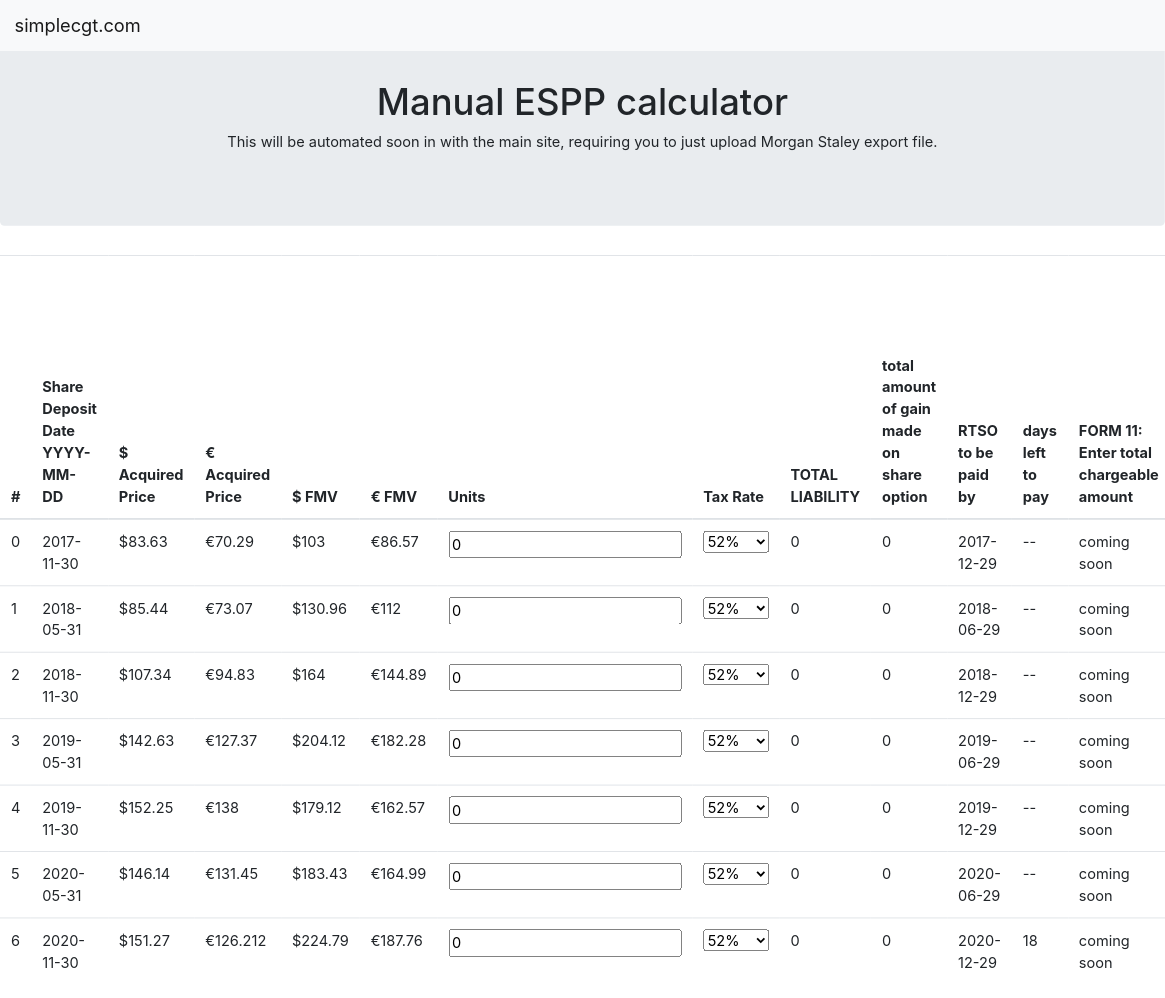
Repository: eoinpayne/react-problem
Page: /
The author's editor kept a copy of each file at every save. The page is drawn from the files as they stood at one save, then again after the next save.
The browser window is 1280 px wide. The pictures show the whole page, at 91% of full size.
The project was rebuilt for these pictures with package versions that can differ from the ones it lists, and the page was loaded fresh each time. Also part of the build but not shown: src/App.css, src/components/MyLogin2.js, src/components/MyHeader.js.

Above is the page before, as saved 2020-12-12 17:37:17.

### src/index.js
import React from 'react';
import ReactDOM from 'react-dom';
import './index.css';
import App from './App';
import * as serviceWorker from './serviceWorker';

import { render } from "react-dom";
import { Provider } from "react-redux";
import store from "./js/store/index";
// import App from "./js/components/App";

ReactDOM.render(
  <Provider store = {store}>
  {/* <React.StrictMode> */}
    <App />
  {/* </React.StrictMode>, */}
  </Provider>,
  document.getElementById('root')
);

// If you want your app to work offline and load faster, you can change
// unregister() to register() below. Note this comes with some pitfalls.
// Learn more about service workers: https://bit.ly/CRA-PWA
serviceWorker.unregister();

### src/App.js
import React from 'react';
import logo from './logo.svg';
import './App.css';
import MyHeader from './components/MyHeader';
import MyHeaderBare from './components/MyHeaderBare';
import ESPPTable from './components/ESPPTable';
import ESPPTable2 from './components/ESPPTable2';
import {useSelector} from 'react-redux'


function App() {
  // const esppRowData = useSelector((state) => state.esppRowData)

  return (
    <React.Fragment>
      {/* <MyHeader /> */}
      <MyHeaderBare />
      {/* <br></br> */}
      {/* <br></br> */}

      <br></br>
      {/* <ESPPTable2 esppData = {esppRowData}/> */}
      <ESPPTable/>
      {/* <ESPPTable2 /> */}
    </React.Fragment>
    // <div className="App">
    //   <header className="App-header">
    //     <img src={logo} className="App-logo" alt="logo" />
    //     <p>
    //       Edit <code>src/App.js</code> and save to reload.
    //     </p>
    //     <a
    //       className="App-link"
    //       href="https://reactjs.org"
    //       target="_blank"
    //       rel="noopener noreferrer"
    //     >
    //       Learn React
    //     </a>
    //   </header>
    // </div>
  );
}

export default App;

### src/js/store/index.js
import {createStore} from "redux";
import rootReducer from "../reducers/";
// import rootReducer from "../reducers";

const store = createStore(rootReducer, window.__REDUX_DEVTOOLS_EXTENSION__ && window.__REDUX_DEVTOOLS_EXTENSION__());   //may also pass initial state, useful for server side rendering & state preloading..
//->The state in Redux comes from reducers.
// store.subscribe(()=> console.log(store.getState()))



export default store;

### src/components/MyHeaderBare.js
import React from 'react';
import Navbar from 'react-bootstrap/Navbar';
import 'bootstrap/dist/css/bootstrap.min.css';

export default function MyHeaderBare() {
    return (
        <Navbar bg="light" variant="light" fixed="top" id="myHeader" expand="lg">
            <Navbar.Brand style={{"margin-right":"3rem"}}href="https://simplecgt.com">simplecgt.com</Navbar.Brand>
            <Navbar.Toggle aria-controls="basic-navbar-nav" />
        </Navbar>
    );
}


// //works
//  export default function MyHeader() {
//     return(<div id='myHeader'> sup </div>);
// }


// const MyHeader = () =>  {
//     return(<div id='myHeader'> sup </div>);
// }

// export default MyHeader



// // src/id.js

// import React from 'react'

// function Title() {
//     return (
//         <div>
//             <h1>SFPOPOS</h1>
//         </div>
//     )
// }

### src/components/ESPPTable.js
import React, {useState, useRef, Fragment} from 'react';
import EsppDepositRow from './EsppDepositRow';
import Table from 'react-bootstrap/Table';
import Jumbotron from 'react-bootstrap/Jumbotron';

//WD specific and maintained.
//rows starting from 2018?  **component
//2 rows per year    **component

//date   //sale price$  //sale price€
//

//Share Deposit Dates       //Days until SDD
//!! Acquired Price $   !! Acquired Price €
//!! FMV Fair Market Value  $  /FMV €
//!! Units
//!! Tax Rate    46% | 48.5 | 52%"  drop down... conditionally select from income
//"ON RTSO1 form ""TOTAL LIABILITY"" RTSO to be paid withing 30 days of Vesting"
//ON RTSO1 form "total amount of gain made on share option"
//RTSO to be paid by   //days left to pay

//FORM 11
//Enter total chargeable amount
//Enter the amount of Relevant Tax on a Share Option (RTSO) paid

//income
//Gross Salary as of Share Deposit Date (ESPP end Period)
//Total Gross Shares
//{Gross Income}

export default function EsppTable() {
  const esppDetails = [
    {
      date: "2017-11-30",
      acquiredPriceUSD: 83.63,
      acquiredPriceEUR: 70.29,
      fmvUSD: 103,
      fmvEUR: 86.57,
    },
    {
      date: "2018-05-31",
      acquiredPriceUSD: 85.44,
      acquiredPriceEUR: 73.07,
      fmvUSD: 130.96,
      fmvEUR: 112,
    },
    {
      date: "2018-11-30",
      acquiredPriceUSD: 107.34,
      acquiredPriceEUR: 94.83,
      fmvUSD: 164,
      fmvEUR: 144.89,
    },
    {
      date: "2019-05-31",
      acquiredPriceUSD: 142.63,
      acquiredPriceEUR: 127.37,
      fmvUSD: 204.12,
      fmvEUR: 182.28,
      units: 10,
    },
    {
      date: "2019-11-30",
      acquiredPriceUSD: 152.25,
      acquiredPriceEUR: 138,
      fmvUSD: 179.12,
      fmvEUR: 162.57,
      units: 10,
    },
    {
      date: "2020-05-31",
      acquiredPriceUSD: 146.14,
      acquiredPriceEUR: 131.45,
      fmvUSD: 183.43,
      fmvEUR: 164.99,
      units: 10,
    },
    {
      date: "2020-11-30",
      acquiredPriceUSD: 151.27,
      acquiredPriceEUR: 126.212,
      fmvUSD: 224.79,
      fmvEUR: 187.76,
      units: 10,
    },
  ];

  const headers = [
    "Share Deposit Date YYYY-MM-DD",
    "$ Acquired Price",
    "€ Acquired Price",
    "$ FMV",
    "€ FMV",
    "Units",
    "Tax Rate",
    "TOTAL LIABILITY",
    "total amount of gain made on share option",
    "RTSO to be paid by",
    "days left to pay",
    "FORM 11: Enter total chargeable amount",
    "FORM 11: Enter the amount of Relevant Tax on a Share Option (RTSO) paid",
  ];

  const TaxRateSelect = function () {
    return (
      <select name="taxRate" id="taxRate">
        <option value="52">52%</option>
        <option value="48.5">48.5%</option>
        <option value="46">46%</option>
      </select>
    );
  };

  // const [myState, setMystate] = useState([])
  const myRef = useRef([]);
  console.log("&&&&&&&&&&&&&&&&&&&&&&&&      (*(*(*(*(    myRef");
  console.log(myRef);
  // [{id:1, value : 600}, {id:2, value: 100}, {id:3, value : 600}]

  const updateOuterState = (index, totalLiability) => {
    let myObj = [...myRef.current];
    // myobj = [{id:1, value : 600}, {id:2, value: 100}, {id:3, value : 600}]

    const row = myObj.find((currObj) => currObj.id === index);
    // const row = myObj.get(index);
    if (row) {
      row.totalLiability = totalLiability;
      console.log(` updated row baby = ${JSON.stringify(row)}`);
      console.log(` after baby -> myObj`);
      console.dir(myObj);
    } else {
      myObj.push({ id: index, totalLiability: totalLiability });
      //   console.log(` with new obj baby = ${JSON.stringify(myObj)}`)
      console.log(` else Obj new concat`);
      console.dir(myObj);
      // [{id:1, value : 600}, {id:2, value: 100}, {id:3, value : 600}, {}]
    }
    myRef.current = myObj;
    //[{id:1, value : 600}, {id:2, value: 100}, {id:3, value : 600}]
    // setMystate(myObj)
    return myObj;
  };

  // ()=>setCount(currentCount=> currentCount+1)

  // const rowby = esppDetails.map((row, index) => (
  //     <tr>
  //         <td>{index}</td>
  //         <td>{row.date}</td>
  //         <td>{row.acquiredPriceUSD}</td>
  //         <td>{row.acquiredPriceEUR}</td>
  //         <td>{row.fmvUSD}</td>
  //         <td>{row.fmvEUR}</td>
  //         <td>{row.units}</td>
  //         <TaxRateSelect/>
  //         {/* <td>{((row.fmvEUR-row.acquiredPriceEUR)*tax rate)*row.units)}</td> */}

  //     </tr>
  // ))

  return (
    <Fragment>
      <Jumbotron>
        <h1 style={{textAlign: "center"}}>Manual ESPP calculator</h1>
        <p style={{textAlign: "center"}}>
        This will be automated soon in with the main site, requiring you to just upload Morgan Staley export file.
        </p>
        {/* <p> */}
          {/* <Button variant="primary">Go to CGT dashboard</Button> */}
        {/* </p> */}
      </Jumbotron>
      <Table responsive>
        <thead>
          <tr>
            <th>#</th>
            {headers.map((heading, index) => (
              <th key={index}>{heading}</th>
            ))}
          </tr>
        </thead>
        <tbody>
          {esppDetails.map((row, index) => (
            // <EsppDepositRow row={row} index={index} updateOuterState = {updateOuterState} />
            <EsppDepositRow
              row={row}
              index={index}
              updateOuterState={updateOuterState}
              myStateRef={myRef}
            />
            // <EsppDepositRow row={row} index={index}/>
          ))}

          {/* {myRef[0]} */}

          {/* {rowby} */}
        </tbody>
      </Table>
    </Fragment>
  );
}

### src/js/reducers/index.js
// import {ADD_ARTICLE, UPDATE_UNITS} from "../constants/action-types.js"
import { ADD_ARTICLE, UPDATE_UNITS } from "../constants/action-types";


const initialState = {
    esppRowData:
  [
    { id: 0, date: "2017-11-30", acquiredPriceUSD: 83.63, acquiredPriceEUR: 70.29,     fmvUSD: 103,    fmvEUR: 86.57 },
    { id: 1, date: "2018-05-31", acquiredPriceUSD: 85.44, acquiredPriceEUR: 73.07,     fmvUSD: 130.96, fmvEUR: 112 },
    { id: 2, date: "2018-11-30", acquiredPriceUSD: 107.34, acquiredPriceEUR: 94.83,    fmvUSD: 164,    fmvEUR: 144.89 },
    { id: 3, date: "2019-05-31", acquiredPriceUSD: 142.63, acquiredPriceEUR: 127.37,   fmvUSD: 204.12, fmvEUR: 182.28, units: 10 },
    { id: 4, date: "2019-11-30", acquiredPriceUSD: 152.25, acquiredPriceEUR: 138.,     fmvUSD: 179.12, fmvEUR: 162.57, units: 10 },
    { id: 5, date: "2020-05-31", acquiredPriceUSD: 146.14, acquiredPriceEUR: 131.45,   fmvUSD: 183.43, fmvEUR: 164.99, units: 10 },
    { id: 6, date: "2020-11-30", acquiredPriceUSD: 999,      acquiredPriceEUR: 999,        fmvUSD: 0,      fmvEUR: 0,      units: 99 }
]
};

//use concat, slice, or the spread operator for arrays
//use Object.assign or object spread of objects

function rootReducer(state = initialState, action) {
  if (action.type === ADD_ARTICLE) {
      return Object.assign({}, state, {
          articles: state.articles.concat(action.payload)
      })
  }
  if (action.type === UPDATE_UNITS) {
    return Object.assign({}, state, {
        esppRowData: state.esppRowData.concat(action.payload)
    })
}
  return state;
}


// const rootReducer = (state = initialState, action) => {
//     switch(action.type){
//         case ADD_ARTICLE: return (
//             Object.assign({}, state, {
//                 articles: state.articles.concat(action.payload)
//             })
//         )
//         case UPDATE_UNITS: return
//         default: return state

//     }//switch
//   }

export default rootReducer;

### src/js/constants/action-types.js
export const ADD_ARTICLE = "ADD_ARTICLE";
export const UPDATE_UNITS = "UPDATE_UNITS";

### src/components/ESPPTable2.js
import React, {useState, useRef} from 'react';
import EsppDepositRow2 from './EsppDepositRow2';
import Table from 'react-bootstrap/Table';
import {connect, useSelector} from 'react-redux'

// const ESPPState = useSelector(state.esppRowData);


// const mapStateToProps = state => {
//     return { esppRowData: state.esppRowData };
//   };




// const EsppList = connect(mapStateToProps)(ConnectedEsppDepositRow);


export default function EsppTable2() {

    const headers = ["Share Deposit Date YYYY-MM-DD", "$ Acquired Price", "€ Acquired Price", "$ FMV", "€ FMV", "Units", "Tax Rate",
        "TOTAL LIABILITY", "total amount of gain made on share option", "RTSO to be paid by", "days left to pay",
        "FORM 11: Enter total chargeable amount", "FORM 11: Enter the amount of Relevant Tax on a Share Option (RTSO) paid"]


    const TaxRateSelect = function(){
        return(
            <select name="taxRate" id="taxRate">
            <option value="52">52%</option>
            <option value="48.5">48.5%</option>
            <option value="46">46%</option>
        </select>
        )}

        const esppRowData = useSelector((state) => state.esppRowData)

        const connectedEsppDepositRow = () => {
            console.log("^&^&^&^&^&")
            console.log(esppRowData)
            console.log("^&^&^&^&^& fin fin ")

            esppRowData && esppRowData.map((row) => {
                return(  //TODO: remove index setting here and do it in esppDepostRow directly from row.id Prop?
                <EsppDepositRow2 row={row} index={row.id}/>
                )
                }


    )} //map //connected

    return (
        <Table responsive>
            <thead>
                <tr>
                    <th>#</th>
                    {headers.map((heading, index) => (
                        <th key={index}>{heading}</th>
                    ))}
                </tr>
            </thead>
            <tbody>
                {/* <EsppList/> */}
                {/* {connectedEsppDepositRow()} */}
                {esppRowData && esppRowData.map((row, index) => (
                    // <EsppDepositRow row={row} index={index} updateOuterState = {updateOuterState} />
                    <EsppDepositRow2 row={row} index={index}/>
                    // <EsppDepositRow row={row} index={index}/>
                ))}
            </tbody>
        </Table>)
}

### src/components/EsppDepositRow2.js
import React, { useState, useEffect, useRef } from 'react';
import moment from 'moment'
import {connect} from 'react-redux'


export default function EsppDepositRow2(props) {

    const [units, setUnits] = useState(0);
    const [taxRate, setTaxRate] = useState(52);
    const [totalChargeableAmount, setTotalChargeableAmount] = useState(0);
    const [totalLiab, setTotalLiab] = useState(0);

    const handleUnitsChange = (event) => (
        setUnits(event.target.value) //no ()=> as not working with previou value, just replacing with new value
    )
    const handleTaxRateChange = (event) => (
        setTaxRate(event.target.value)
    )

    // const updateTotalLiab =  useEffect(() => {
    //     setTotalLiab(   ( (props.row.fmvEUR - props.row.acquiredPriceEUR) * (taxRate / 100)) * units  )
    //     },[units, taxRate]);


        // const updateTotalChargeable =  useEffect(() => {
        //     console.log("ref returned")
        //     const theRefReturned = props.updateOuterState(props.index, totalLiab)
        //     console.log("ref returned eND")
        //     console.log("propalopadoo -7087089-798")
        //     // console.dir(props.myStateRef.current.find((currObj) => currObj.id === props.index-1))
        //     console.dir(theRefReturned[0].totalLiability)
        //     console.log("propalopadoo -")
        //     const tempyPrev = props.index > 0 ? theRefReturned[props.index-1].totalLiability : theRefReturned[props.index].totalLiability
        //     // const prevLiab = props.myStateRef.current.find((currObj) => currObj.id === props.index-1);

        //     setTotalChargeableAmount( totalLiab + tempyPrev )
        // // setTotalChargeableAmount( totalLiab + props.myStateRef  )
        // },[totalLiab]);


    const TaxRateSelect = function (props) {
        return (
            <select name="taxRate" id="taxRate" value={taxRate} onChange={props.onChange}>
                {/* <option value="select">select</option> */}
                <option value="52">52%</option>
                <option value="48.5">48.5%</option>
                <option value="46">46%</option>
            </select>
        )
    }

    const calcTotalChargeableAmount = (props) =>{
        console.log("props !_!_!_!_")
        console.dir(props)
        return 6
    }
    const totalLiabilityRef = useRef()
    console.log("BOOM BITCHES")
    return (
        <tr>
            <td>{props.index}</td>
            <td>{moment(props.row.date).format("YYYY-MM-DD")}</td>  date
            <td>{props.row.acquiredPriceEUR}</td>
            <td>{props.row.fmvUSD}</td>
            <td>{props.row.fmvEUR}</td>
            <td ><input value={units} onChange={handleUnitsChange}></input></td>
            <td><TaxRateSelect onChange={handleTaxRateChange} /></td>

            {/* total liablilty */}
            <td id="totalLiability" ref={totalLiabilityRef}>{totalLiab}</td>
            {/* <td id="totalLiability" ref={totalLiabilityRef}>{((props.row.fmvEUR - props.row.acquiredPriceEUR) * (taxRate / 100)) * units}</td> */}
            {/* total amount of gain  */}
            <td id="amountGain">{(props.row.fmvEUR - props.row.acquiredPriceEUR) * units}</td>
            <td>{moment(props.row.date).add(30, 'days').format("YYYY-MM-DD")}</td>
            {/* <td>{ moment().diff(moment(props.row.date),"days")}</td> */}
            <td>{moment(props.row.date).diff(moment(), "days") >= 0 ? moment(props.row.date).diff(moment(), "days") : "x"}</td>
            {/* <td>{props.index % 2 === 0 && "yep"}</td> */}
            {/* <td>{totalChargeableAmount}</td> */}
            <td>{props.index % 2 === 0 && totalChargeableAmount}</td>
        </tr>


        // <tr>
        //     <td>{props.index}</td>
        //     { Object.entries(props.row).map((thing,index) => (
        //         <td key={index}>{thing[1]}</td>
        //     ))}
        // </tr>


        // <Card>
        //     <Form inline onSubmit={handleSubmit}>
        //         <Form.Group>
        //             {/* <svg width="1em" height="1em" viewBox="0 0 16 16" class="bi bi-envelope" fill="currentColor" xmlns="http://www.w3.org/2000/svg" style = {{"marginRight": "5px"}}>
        //             <path fill-rule="evenodd" d="M0 4a2 2 0 0 1 2-2h12a2 2 0 0 1 2 2v8a2 2 0 0 1-2 2H2a2 2 0 0 1-2-2V4zm2-1a1 1 0 0 0-1 1v.217l7 4.2 7-4.2V4a1 1 0 0 0-1-1H2zm13 2.383l-4.758 2.855L15 11.114v-5.73zm-.034 6.878L9.271 8.82 8 9.583 6.728 8.82l-5.694 3.44A1 1 0 0 0 2 13h12a1 1 0 0 0 .966-.739zM1 11.114l4.758-2.876L1 5.383v5.73z" />
        //         </svg>                 */}
        //             <Form.Label for="username">username</Form.Label>
        //             <Form.Control
        //                 id="username"
        //                 value={username}
        //                 required
        //                 style={usernameInvalidChar ? { 'border': '2px solid red', 'font-size': '.75rem' } : { 'font-size': '.75rem' }}
        //                 type="text"
        //                 placeholder="username/email"
        //                 className="mr-sm-2"
        //                 onChange={handleNameChange} />
        //         </Form.Group>
        //         <Form.Group>
        //             <Form.Label for="password">password</Form.Label>
        //             <Form.Control
        //                 id="password"
        //                 value={password}
        //                 required
        //                 style={passwordInValidChar ? { border: '2px solid red', 'font-size': '.75rem' } : { 'font-size': '.75rem' }}
        //                 type="text"
        //                 placeholder="password"
        //                 className="mr-sm-2"
        //                 onChange={handlePasswordChange} />
        //         </Form.Group>
        //         <Button
        //             disabled={isInvalidusername || isInvalidPassword}
        //             style={{ 'font-size': '.75rem' }}
        //             variant="outline-info">
        //             Log In </Button>
        //     </Form>
        // </Card>
    )
}


//generic
    //number of periods per year, once number entered and "same each year?" is yes.
        //popup x number of fields, date attributes
        //starting year - ending year
    //auto generate number of year rows, with year field populated and date populated

Loaded but not shown: public/index.html (common file); src/index.css (common file); src/serviceWorker.js (common file); src/components/EsppDepositRow.js (230 lines, source omitted)

After the next save:
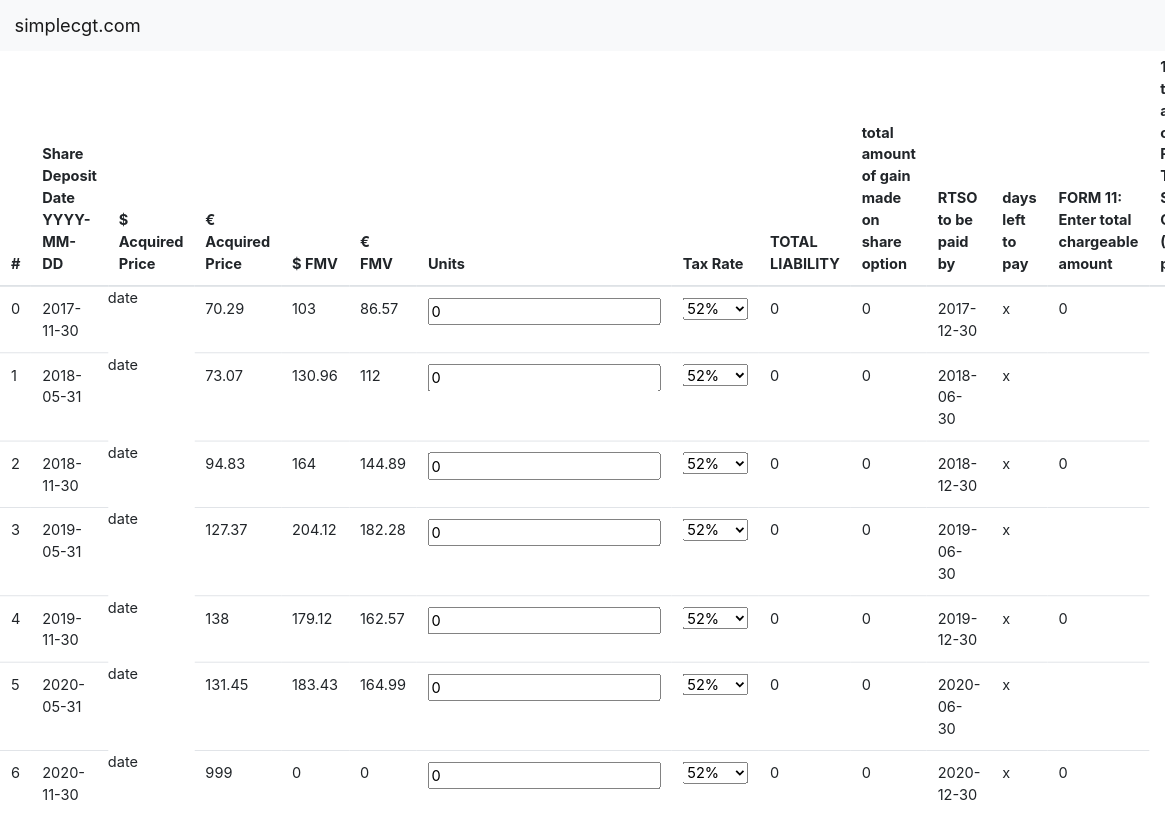
Saved 2 min 44 s later.
--- a/src/App.js
+++ b/src/App.js
@@ -20,8 +20,8 @@
 
       <br></br>
       {/* <ESPPTable2 esppData = {esppRowData}/> */}
-      <ESPPTable/>
-      {/* <ESPPTable2 /> */}
+      {/* <ESPPTable/> */}
+      <ESPPTable2 />
     </React.Fragment>
     // <div className="App">
     //   <header className="App-header">
